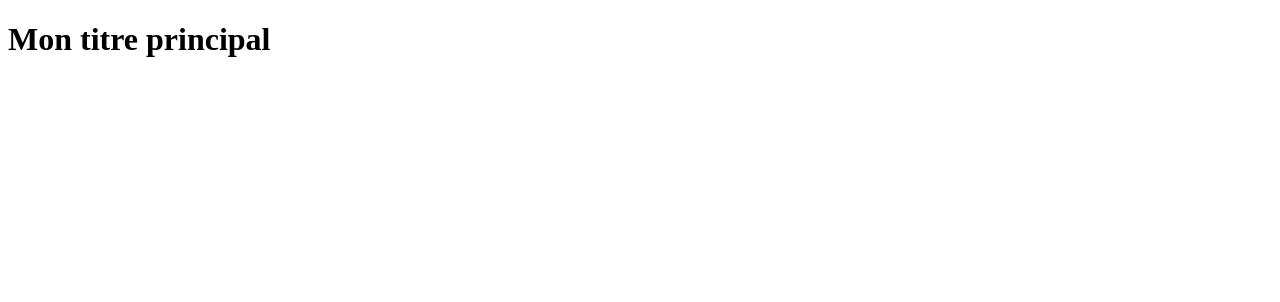
Repository: serviceshuios/-git-reference-java-lyon-worspace
Page: workspaceWeb/MaPremierePage/WebContent/elementsHTML.html
An editor plug-in stored every save of this project. The page is shown before and after the next save, followed by the edit.
The browser window is 1280 px wide. The pictures show the whole page.

Above is the page before, as saved 2017-04-03 09:27:47.

### workspaceWeb/MaPremierePage/WebContent/elementsHTML.html
<!DOCTYPE html>
<html>
	<head>
		<meta charset="UTF-8">
		<!-- titre de la page web -->
		<title>Les éléments HTML</title>
	</head>
	<!-- contenu du site -->
<body>
	<h1>Mon titre principal</h1>
</body>
</html>

After the next save:
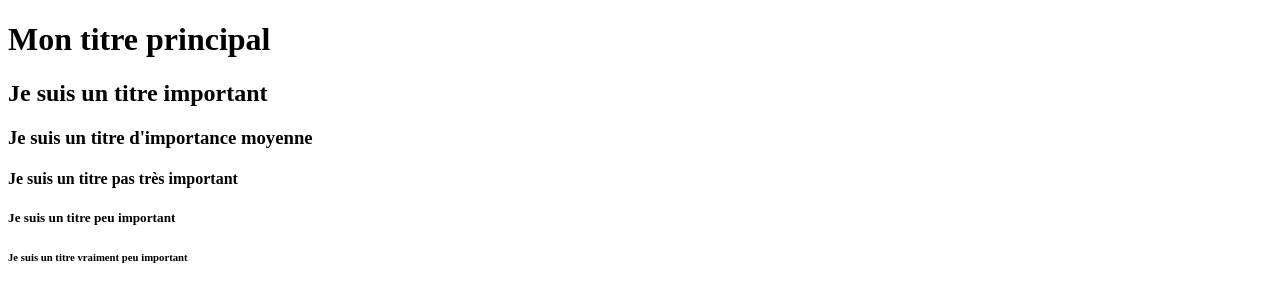
Saved 102 s later.
--- a/workspaceWeb/MaPremierePage/WebContent/elementsHTML.html
+++ b/workspaceWeb/MaPremierePage/WebContent/elementsHTML.html
@@ -8,5 +8,10 @@
 	<!-- contenu du site -->
 <body>
 	<h1>Mon titre principal</h1>
+	<h2>Je suis un titre important</h2>
+	<h3>Je suis un titre d'importance moyenne</h3>
+	<h4>Je suis un titre pas très important</h4>
+	<h5>Je suis un titre peu important</h5>
+	<h6>Je suis un titre vraiment peu important</h6>
 </body>
 </html>
